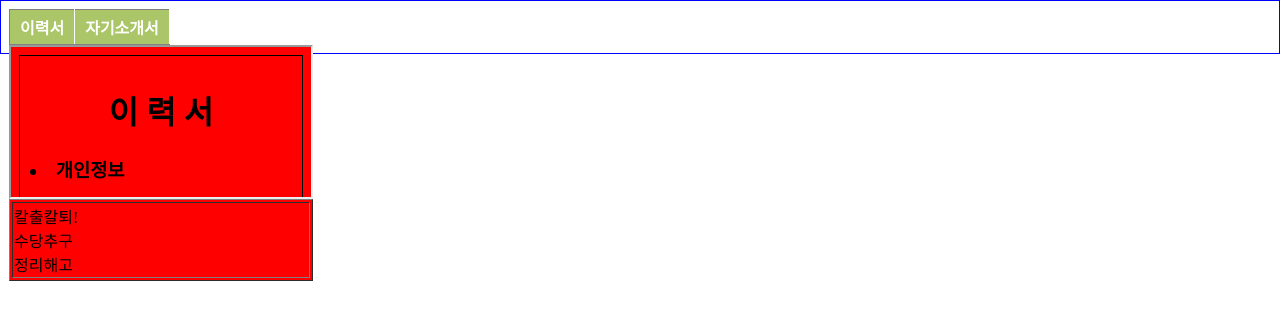
Repository: porivas/140630_Java
Page: http://localhost/web4_resume/totalLayout.jsp
These files come from the project's save history. The page is drawn as it stood at one moment and after the next save; the edit follows.
The browser window is 1280 px wide. The pictures show the whole page.
The page is served by Tomcat 9.

Above is the page before, as saved 2014-09-25 07:57:16.

### web4_resume/WebContent/totalLayout.jsp
<%@ page language="java" contentType="text/html; charset=UTF-8"
    pageEncoding="UTF-8"%>
<!DOCTYPE html PUBLIC "-//W3C//DTD HTML 4.01 Transitional//EN" "http://www.w3.org/TR/html4/loose.dtd">
<html>
<head>
<meta http-equiv="Content-Type" content="text/html; charset=UTF-8">
<title>Insert title here</title>
</head>
<body>
		<style type="text/css">
		  table.ex1 {
		     border-collapse: collapse;
		  }
		  .ex1 th, .ex1 td {padding:5px 10px}
			.ex1 caption {font-weight:700; font-size:20px; padding:5px; color:#1BA6B2; text-align:left; margin-bottom:5px}
			.ex1 thead th {background:#ABC668; color:#fff; text-align:center; border-right:1px solid #fff}
			.ex1 tbody th {text-align:left; width:12%}
			.ex1 tbody td.date1 {text-align:center; width:8%}
			.ex1 tbody td.desc {text-align:left; width:35%}
			.ex1 tbody tr.odd {background:#f9f9f9}
			.ex1 tbody tr.odd th {background:#f2f2f2}
			.ex1 tbody tr:hover {background:#F3F5BB}
			.ex1 tbody tr:hover th {background:#F2F684; color:#1BA6B2}
			.ex1 tfoot tr {border-top:6px solid #E9F7F6; color:#1BA6B2}
			.ex1 tfoot th {text-align:left; padding-left:10px}
		html {
		    border: 1px solid blue;
		}
			.other, .parent {
			    border: 4px solid green;
			    margin: 5px;
			}
			.me {
			    background-color: red;
			    position: absolute;
			}
		</style>
		<div id="button">
		<table class="ex1" border="1" >
			<tr align = "left">
				<thead><th scope="col">이력서</th><th scope="col">자기소개서</th></thead>
			</tr>
		</table>
		</div>
		<div class ="me" id="story1">
		<table border="1" width=100%	>
		<iframe src="resume.jsp"></iframe>
			<tr align = "left">
				<td> 칼출칼퇴!
				<br> 수당추구
				<br> 정리해고
				</td>
			</tr>
		</table>
		</div>
</body>
</html>

### web4_resume/WebContent/resume.jsp
<%@ page language="java" contentType="text/html; charset=UTF-8"
    pageEncoding="UTF-8"%>
<!DOCTYPE html PUBLIC "-//W3C//DTD HTML 4.01 Transitional//EN" "http://www.w3.org/TR/html4/loose.dtd">
<html>
<head>
<meta http-equiv="Content-Type" content="text/html; charset=UTF-8">
<title>이력서 타이틀 입니다.</title>
</head>
<body>
	<div id="background" style="border-top:1px solid; border-bottom:1px solid; border-left:1px solid; border-right:1px solid; padding:10px;">
	<center><h1>이 력 서</h1></center>
		<h3><li>개인정보</h3></li>
		<div id="firstparagraph">
		<type = text/css>
		<style type="text/css">
		  table {
		     border-collapse: collapse;
		  }
		</style>
		<table border="1" width=100%>
			<tr align = "left">
				<td> 이름 </td>	<td> 맹윤호 </td>	<td> 영문 </td>	<td> MAENG YUNHO </td>	<td rowspan=3 width=150 height=210  ><center><img src="images.jpg" width=150 height=210></center></td>
			</tr>
			<tr>
				<td> 생년월일 </td>	<td> 1988-01-30 </td>	<td> 성별 </td>	<td> 남자 </td>
			</tr>
			<tr>
				<td> 주소 </td>	<td> 을지로3가 솔로몬 타워 </td>	<td> 우편번호 </td>	<td> 122-130 </td>
			</tr>
			<tr>
				<td> 한자 </td> <td> 盟潤鎬  </td> <td  colspan=3> 기타 </td>
			</tr>
		</table>
		</div>
		<h3><li>학 력</h3></li>
		<div id="secondparagraph" >
		<style type="text/css">
		  table {
		     border-collapse: collapse;
		  }
		</style>
		<table border="1" width=100%>
			<tr align = "left">
				<td> 학교 </td>	<td> 기간 </td>	<td> 수료여부 </td>
			</tr>
			<tr>
				<td> 세종대학교 </td>	<td> 2007-02-15~ 2013-03-02 </td>	<td> 졸업 </td>
			</tr>
			<tr>
				<td> <br> </td>	<td>  </td>	<td>  </td>
			</tr>
		</table>
		</div>

		<h3><li>프로젝트 경력</h3></li>
		<div id="thirdparagraph" >
		<style type="text/css">
		  table {
		     border-collapse: collapse;
		  }
		</style>
		<table border="1" width=100%>
			<tr align = "left">
				<td> 이름 </td>	<td> 설명 </td>	<td> 기간 </td>
			</tr>
			<tr>
				<td> 비트컴퓨터 프로젝트 </td>	<td> 6개월간의 기간동안 팀프로젝트를 수행 </td>	<td> 2014-07~2014-12 </td>
			</tr>
			<tr>
				<td>  <br> </td>	<td>  </td>	<td>  </td>
			</tr>
		</div>

	</div>
</body>
</html>

After the next save:
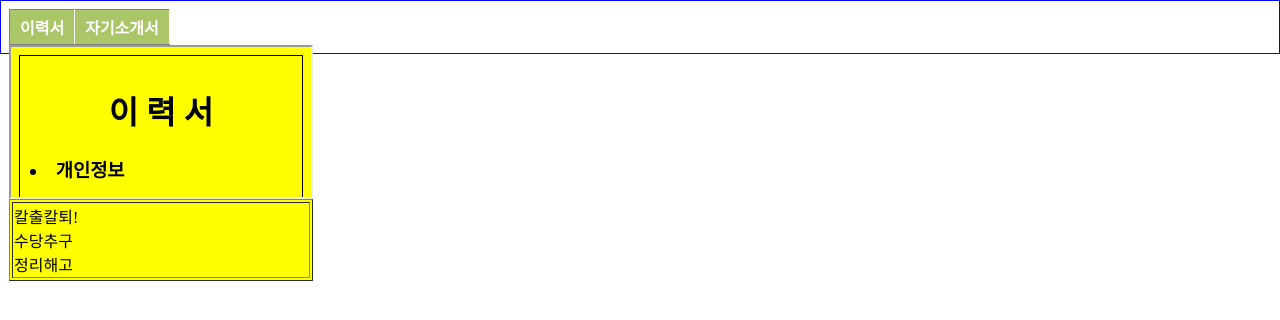
Saved 32 s later.
--- a/web4_resume/WebContent/totalLayout.jsp
+++ b/web4_resume/WebContent/totalLayout.jsp
@@ -31,7 +31,7 @@
 			    margin: 5px;
 			}
 			.me {
-			    background-color: red;
+			    background-color: yellow;
 			    position: absolute;
 			}
 		</style>
